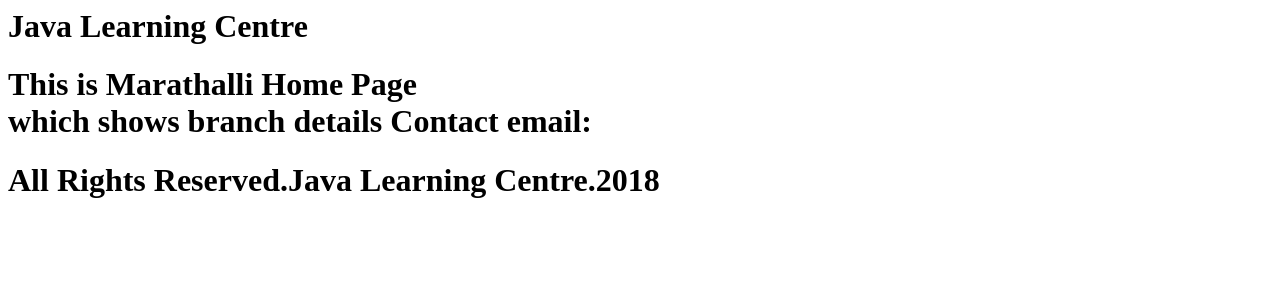
Repository: argho1990/Coursecube-B19
Page: http://localhost/Lab10/mth.jsp
An editor plug-in stored every save of this project. The page is shown before and after the next save, followed by the edit.
The browser window is 1280 px wide. The pictures show the whole page.
The page is served by Tomcat 9.

Above is the page before, as saved 2018-11-23 21:17:38.

After the next save:
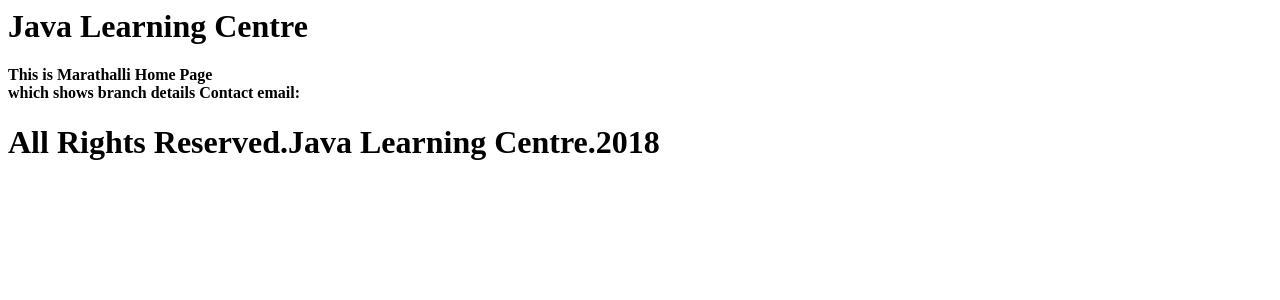
Saved 46 s later.
--- a/JSP/Lab10/WebContent/mth.jsp
+++ b/JSP/Lab10/WebContent/mth.jsp
@@ -4,9 +4,9 @@
 <jsp:include page="header.jsp">
 <jsp:param name="cname" value="Java Learning Centre"/>
 </jsp:include>
-<h1>This is Marathalli Home Page<br>
+<h4>This is Marathalli Home Page<br>
 which shows ${param.bn} branch details
-Contact email:${param.email}</h1>
+Contact email:${param.email}</h4>
 <jsp:include page="footer.jsp">
 <jsp:param name="cname" value="Java Learning Centre"/>
 </jsp:include>
